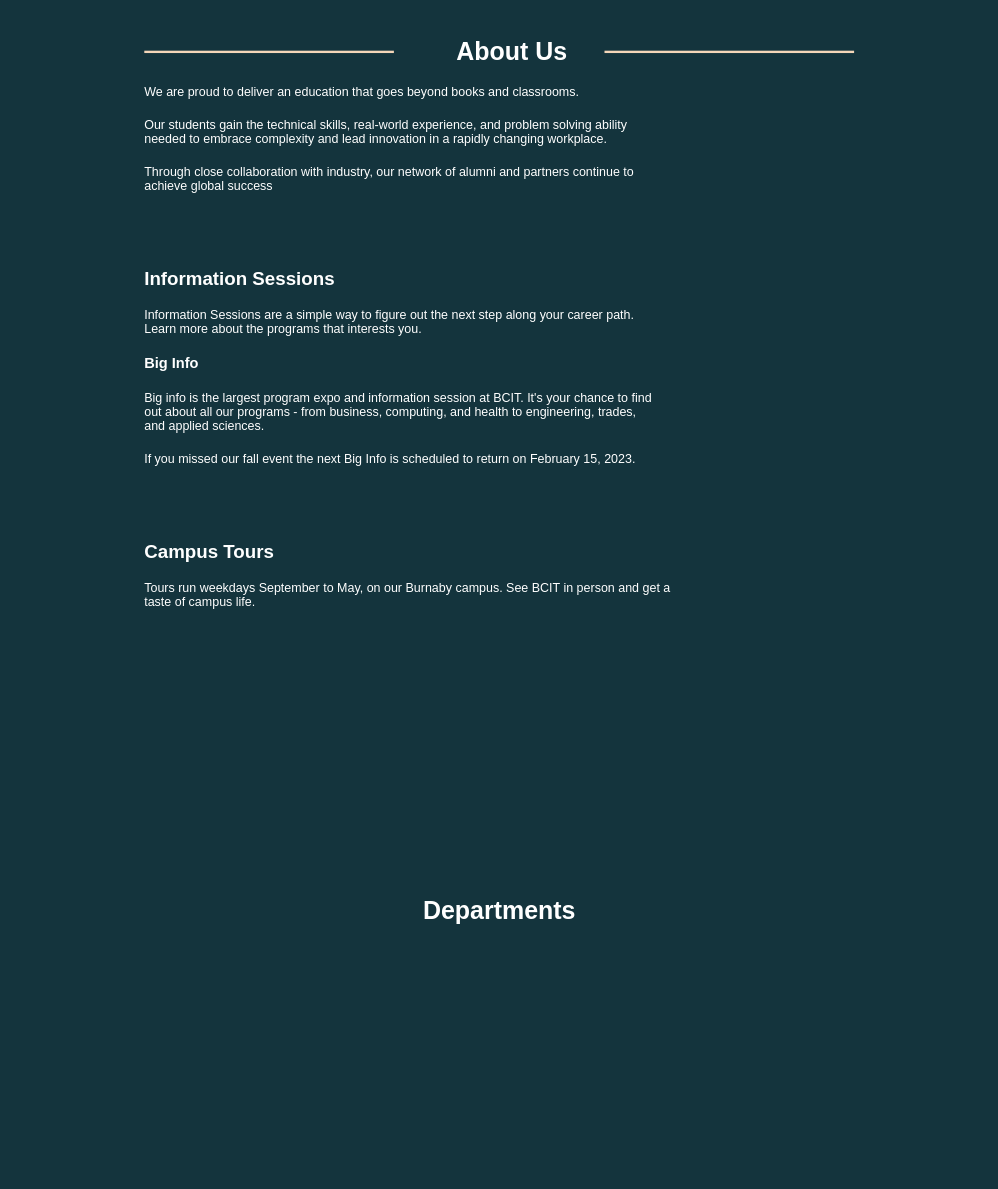
Repository: jennydmcm/assignment-1-playwright-site-A01338943
Page: /about
An editor plug-in stored every save of this project. The page is shown before and after the next save, followed by the edit.
The browser window is 1280 px wide. The pictures show the whole page, at 78% of full size.
The project was rebuilt for these pictures with package versions that can differ from the ones it lists, and the page was loaded fresh each time. The framework's server and built-in components were replaced by stand-ins that run in the browser. Also part of the build but not shown: next.config.js.

Above is the page before, as saved 2023-02-08 13:35:12.

After the next save:
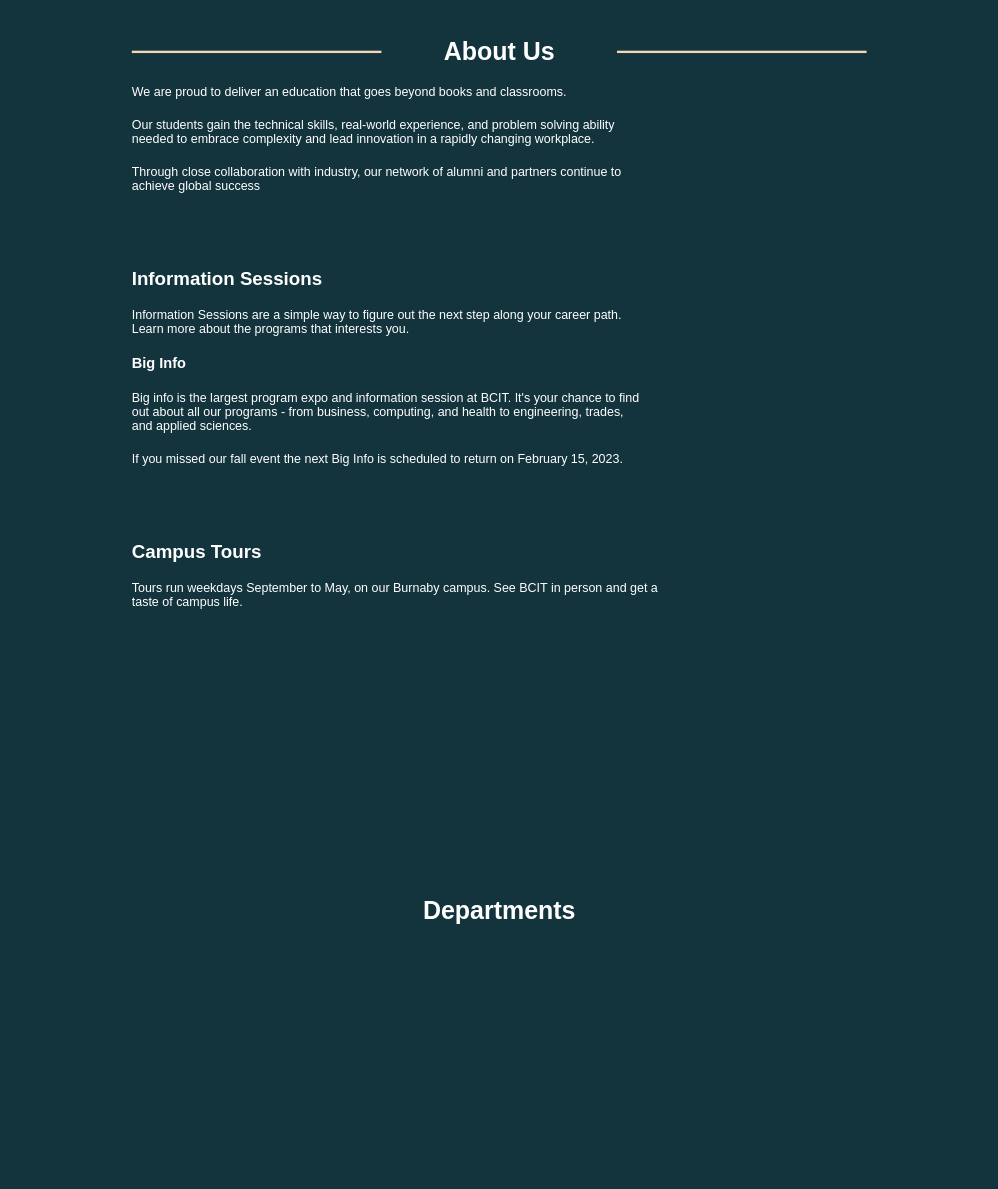
Saved 5 s later.
--- a/styles/About.module.css
+++ b/styles/About.module.css
@@ -51,7 +51,7 @@
     flex-direction: column;
     align-items: center;
     padding-left: 5rem;
-    padding-right: 3rem;
+    padding-right: 5rem;
 }
 
 .mainText{
